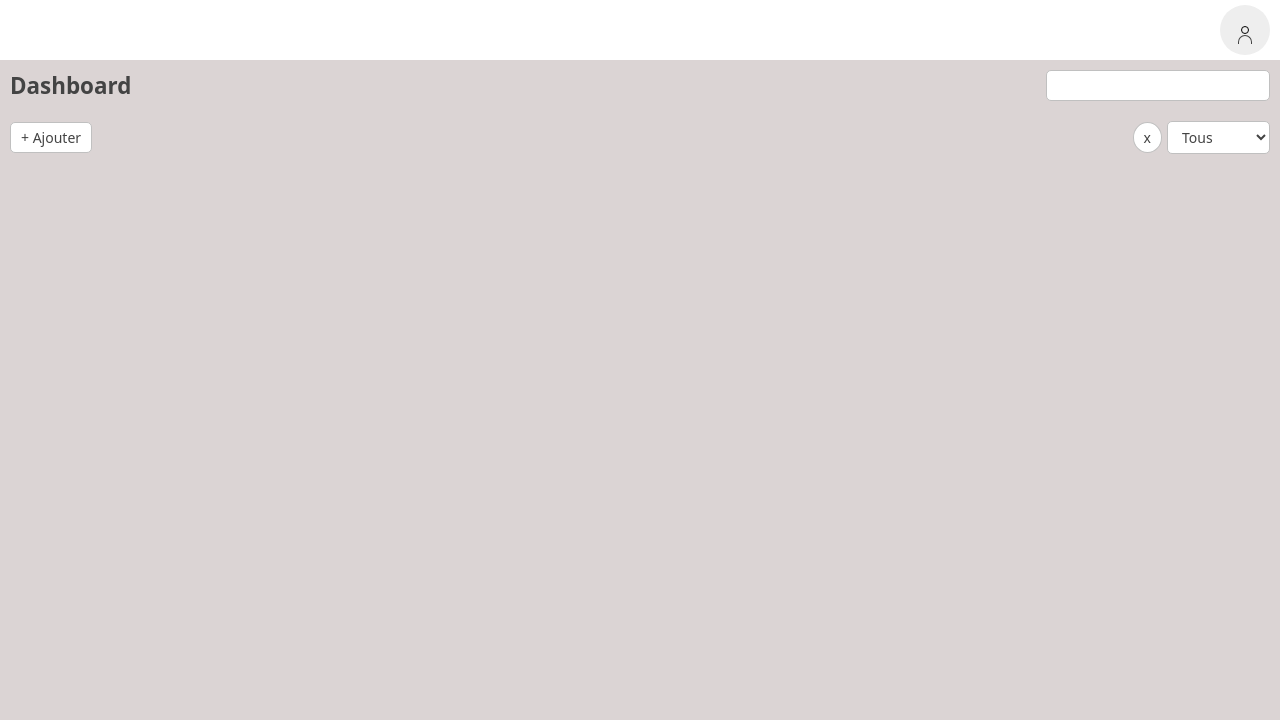
Repository: zpaulange/task_manager
Page: dashboard/index.html
An editor plug-in stored every save of this project. The page is shown before and after the next save, followed by the edit.
The browser window is 1280 px wide. The pictures show the whole page.

Above is the page before, as saved 2025-03-06 15:13:31.

After the next save:
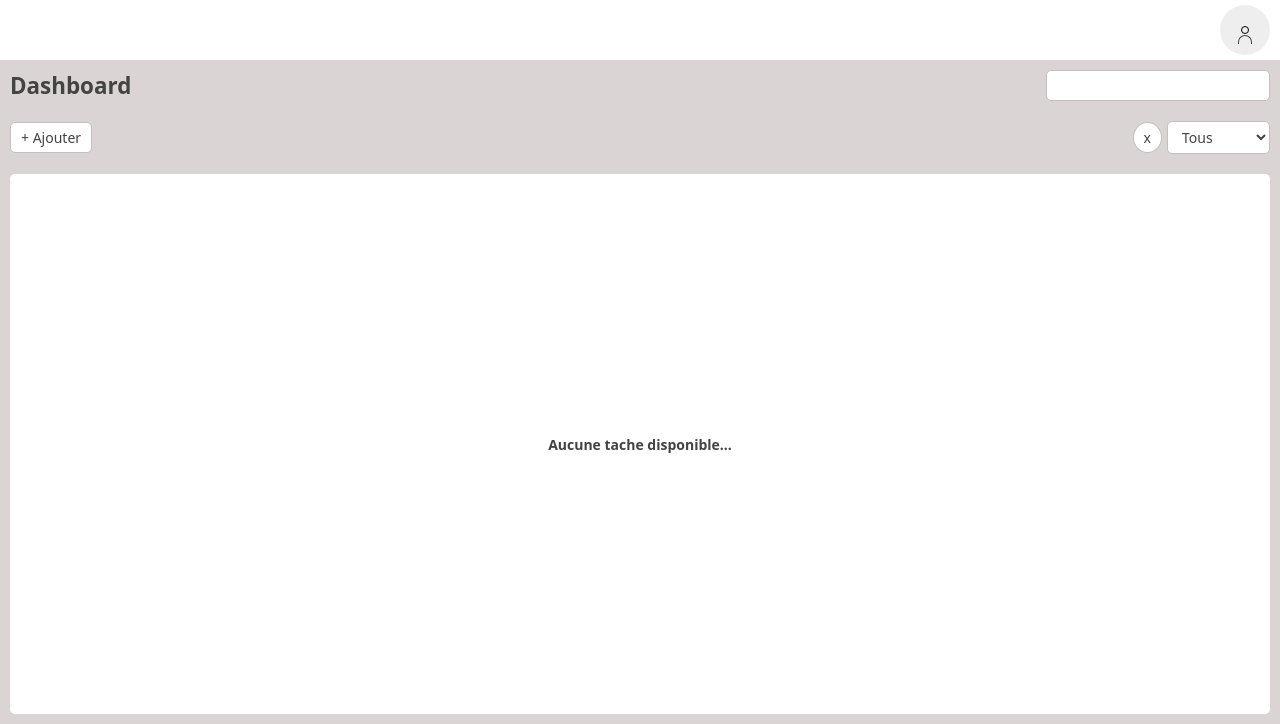
Saved 8 s later.
--- a/dashboard/index.html
+++ b/dashboard/index.html
@@ -38,6 +38,9 @@
             <div class="main-task__content-item">
 
             </div>
+            <section class="box box-center">
+              <h1>Aucune tache disponible...</h1>
+            </section>
           </div>
 
         </section>

After the save that followed:
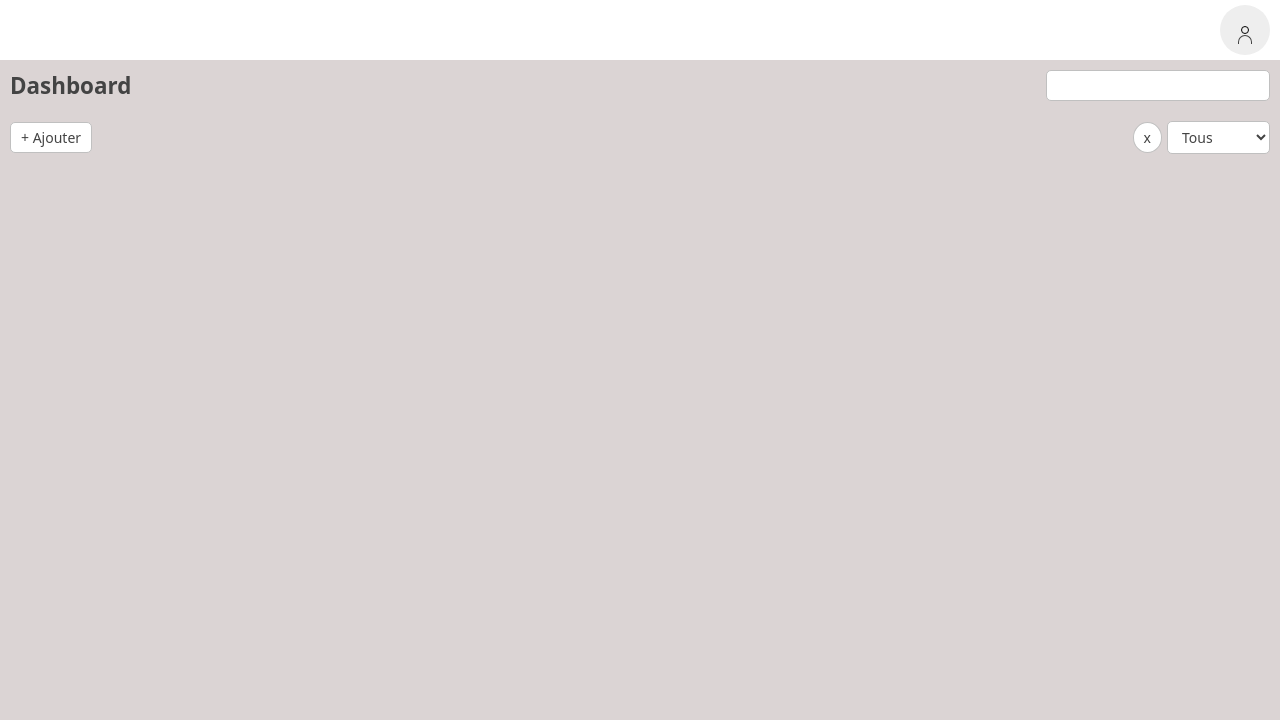
Saved 5 s later.
--- a/dashboard/index.html
+++ b/dashboard/index.html
@@ -38,9 +38,9 @@
             <div class="main-task__content-item">
 
             </div>
-            <section class="box box-center">
+            <!-- <section class="box box-center">
               <h1>Aucune tache disponible...</h1>
-            </section>
+            </section> -->
           </div>
 
         </section>
